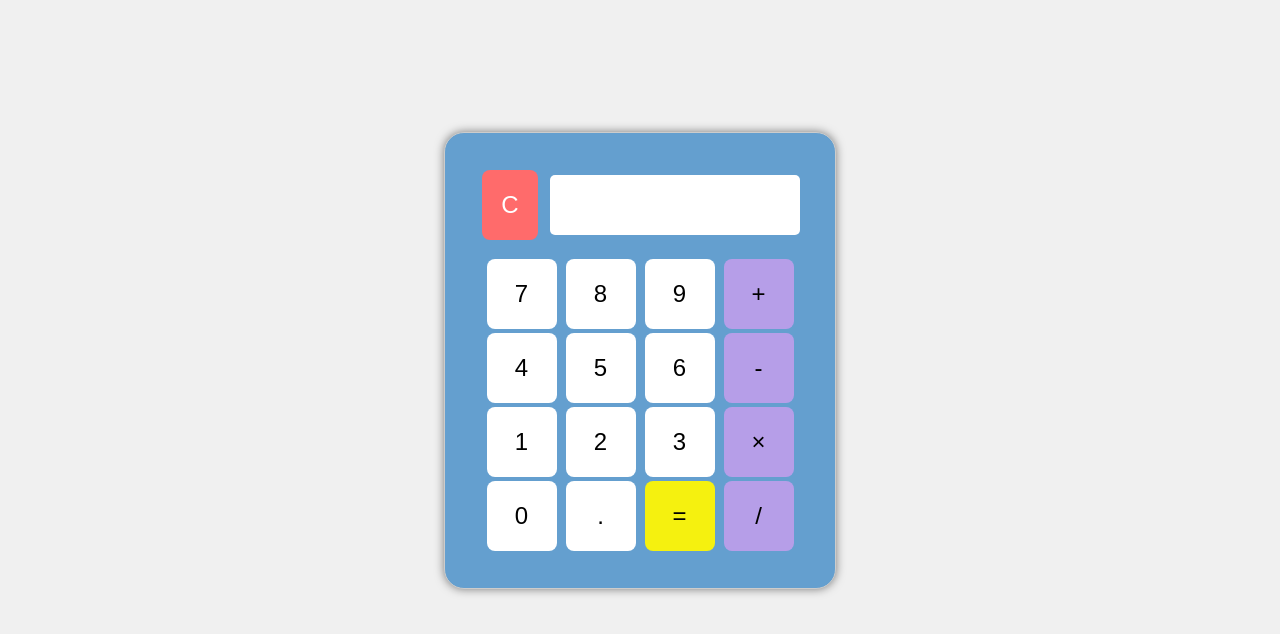
Repository: Burnmyheart/calculator
Page: index.html
The author's editor kept a copy of each file at every save. The page is drawn from the files as they stood at one save, then again after the next save.
The browser window is 1280 px wide. The pictures show the whole page.

Above is the page before, as saved 2025-04-28 22:51:40.

After the next save:
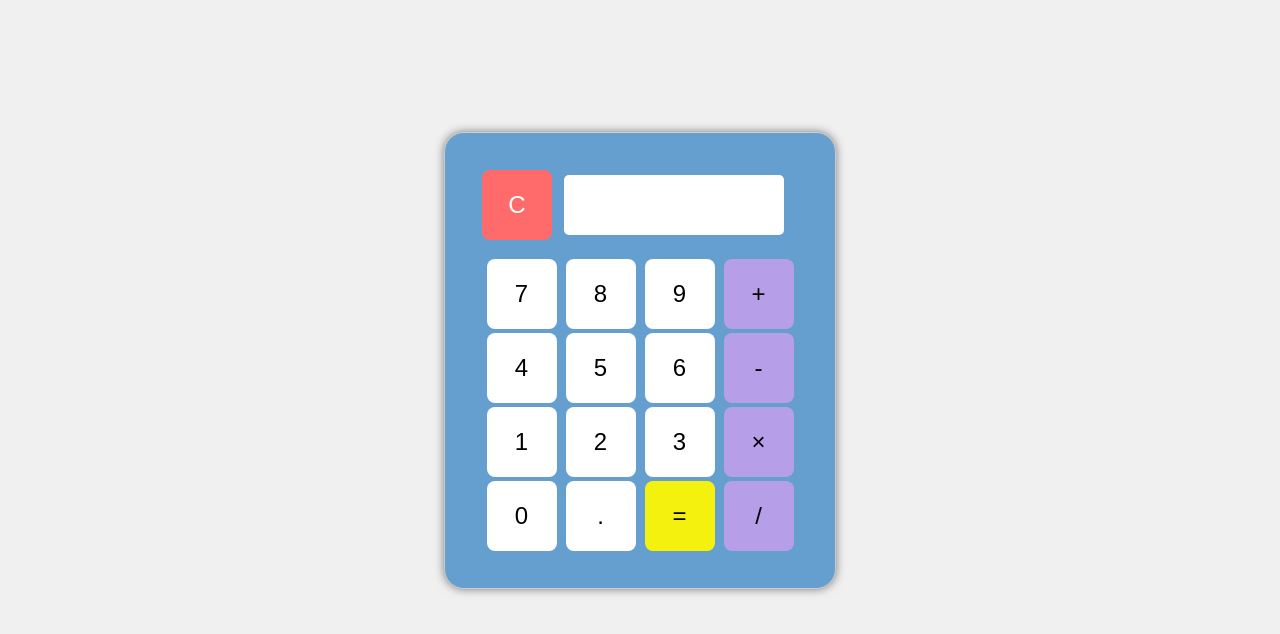
Saved 10 s later.
--- a/style.css
+++ b/style.css
@@ -25,7 +25,7 @@ body {
 }
 
 #display {
-  width: 230px;
+  width: 200px;
   height: 50px;
   padding: 5px 10px;
   text-align: right;
